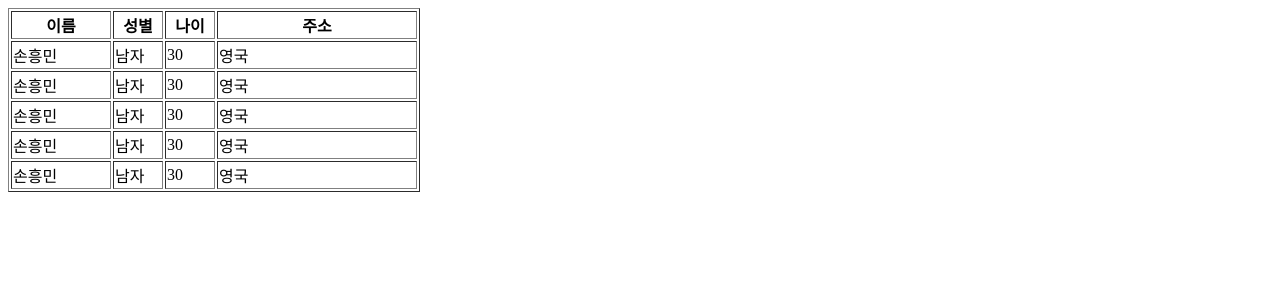
Repository: Junhee1412/front_end_practice
Page: jquery, bootstrap/js01_jquery/public/js06_selector.html
The author's editor kept a copy of each file at every save. The page is drawn from the files as they stood at one save, then again after the next save.
The browser window is 1280 px wide. The pictures show the whole page.

Above is the page before, as saved 2022-11-14 05:30:18.

### jquery, bootstrap/js01_jquery/public/js06_selector.html
<!DOCTYPE html>
<html>
<head>
	<meta charset="UTF-8">
	<title>Insert title here</title>
		<script src="https://code.jquery.com/jquery-3.6.0.min.js"
    	integrity="sha256-/xUj+3OJU5yExlq6GSYGSHk7tPXikynS7ogEvDej/m4="
    	crossorigin="anonymous"></script>
	<script>
		//위치선택자
		$(function() {});
	</script>
</head>
<body>
	<!-- table>colgroup>col[style="width:50px;"]*5 -->
	<table border="1">
		<colgroup>
			<col style="width:100px;" />
			<col style="width:50px;" />
			<col style="width:50px;" />
			<col style="width:200px;" />
		</colgroup>
		<tr>
			<th>이름</th>
			<th>성별</th>
			<th>나이</th>
			<th>주소</th>
		</tr>
		<tr>
			<td>손흥민</td>
			<td>남자</td>
			<td>30</td>
			<td>영국</td>
		</tr>
		<tr>
			<td>손흥민</td>
			<td>남자</td>
			<td>30</td>
			<td>영국</td>
		</tr>
		<tr>
			<td>손흥민</td>
			<td>남자</td>
			<td>30</td>
			<td>영국</td>
		</tr>
		<tr>
			<td>손흥민</td>
			<td>남자</td>
			<td>30</td>
			<td>영국</td>
		</tr>
		<tr>
			<td>손흥민</td>
			<td>남자</td>
			<td>30</td>
			<td>영국</td>
		</tr>
	</table>
</body>
</html>

After the next save:
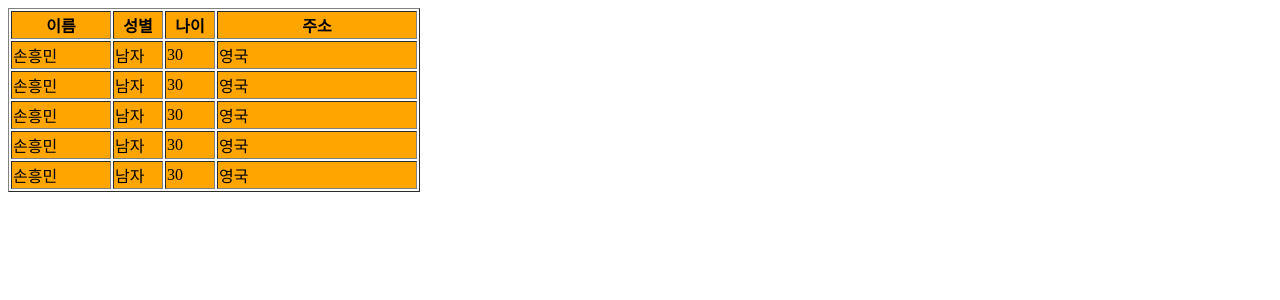
Saved 49 s later.
--- a/jquery, bootstrap/js01_jquery/public/js06_selector.html
+++ b/jquery, bootstrap/js01_jquery/public/js06_selector.html
@@ -8,7 +8,9 @@
     	crossorigin="anonymous"></script>
 	<script>
 		//위치선택자
-		$(function() {});
+		$(function() {
+			$('tr').css('background', 'orange');
+		});
 	</script>
 </head>
 <body>
